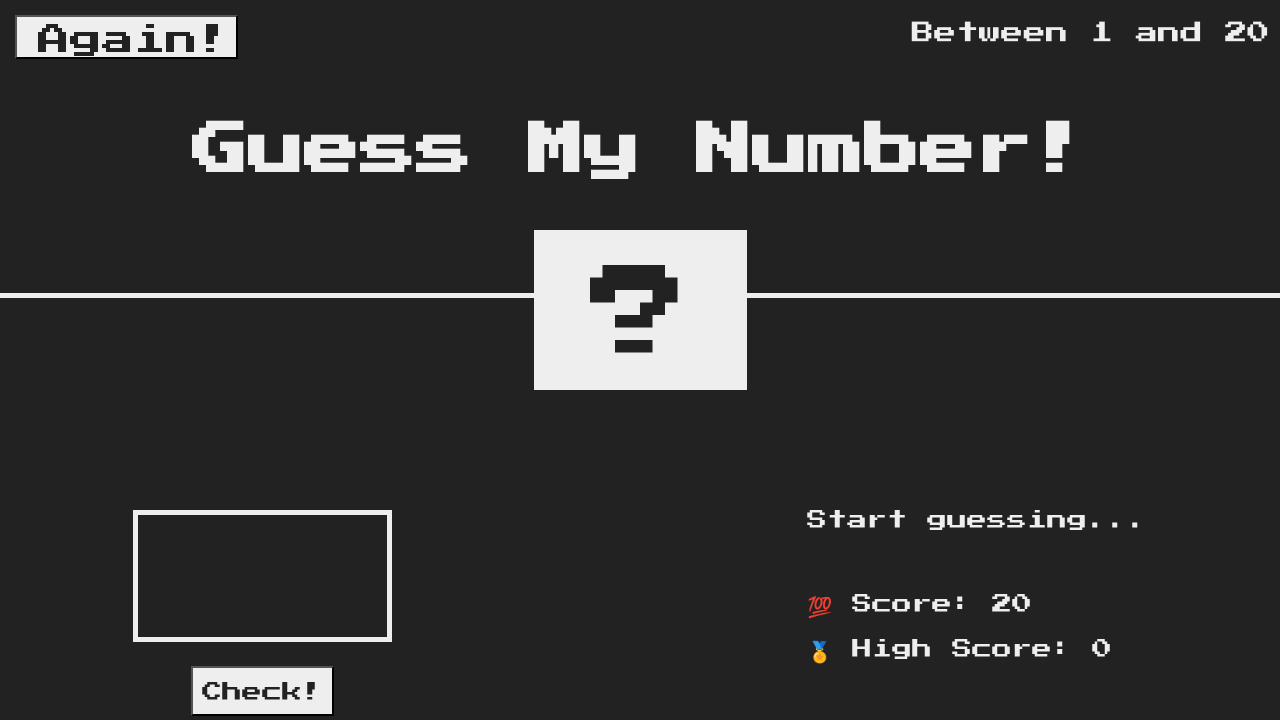
Repository: Aaryan-Poria/guess-the-number
Page: index.html
An editor plug-in stored every save of this project. The page is shown before and after the next save, followed by the edit.
The browser window is 1280 px wide. The pictures show the whole page.

Above is the page before, as saved 2023-08-18 22:15:45.

### index.html
<!DOCTYPE html>
<html lang="en">
  <head>
    <link rel="preconnect" href="https://fonts.googleapis.com" />
    <link rel="preconnect" href="https://fonts.gstatic.com" crossorigin />
    <link
      href="https://fonts.googleapis.com/css2?family=Press+Start+2P&display=swap"
      rel="stylesheet"
    />

    <meta charset="UTF-8" />
    <meta name="viewport" content="width=device-width, initial-scale=1.0" />
    <title>Guess My Number Game</title>
    <link rel="stylesheet" href="style.css" />
  </head>
  <body>
    <section class="page-top">
      <div class="header">
        <button class="btn again">Again!</button>
        <p class="between">Between 1 and 20</p>
      </div>
      <h3 class="guessText">Guess My Number!</h3>
    </section>
    <p class="number">?</p>
    <section class="page-bottom">
      <div class="interact">
        <label for="userInput">
          <input type="number" name="userInput" id="userInput" />
        </label>
        <button class="check">Check!</button>
      </div>
      <div class="text">
        <p class="startGuessing">Start guessing...</p>
        <p class="score">💯 Score: 20</p>
        <p class="highScore">🏅 High Score: 0</p>
      </div>
    </section>
    <script src="script.js"></script>
  </body>
</html>

### style.css
* {
  background-color: rgb(34, 34, 34);
  color: #eee;
  font-family: "Press Start 2P", cursive;
}

body {
  margin: 0;
  padding: 0;
  display: flex;
  flex-direction: column;
}
section.page-top {
  display: flex;
  flex-direction: column;
  justify-content: center;
  align-items: center;
  /* flex-grow: 1; */
  /* flex-shrink: 1; */
  flex-basis: 100%;
  border-bottom: 5px solid #eee;
  margin-bottom: -168px;
  padding-bottom: 58px;
}
div.header {
  display: flex;
  justify-content: space-between;
  align-items: flex-start;
  width: 100%;
}
.again {
  font-size: 2rem;
  padding-top: 7px;
  padding-left: 21px;
  background-color: #eee;
  color: rgb(34, 34, 34);
  display: flex;
  justify-content: center;
  align-items: center;
  margin-top: 15px;
  margin-left: 15px;
}
.between {
  display: flex;
  font-size: 1.4rem;
  padding-right: 10px;
  justify-content: center;
  align-items: center;
}
.guessText {
  font-size: 3.5rem;
}
p.number {
  color: rgb(34, 34, 34);
  background-color: #eee;
  display: flex;
  width: 213px;
  height: 150px;
  align-self: center;
  justify-content: center;
  align-items: center;
  font-size: 100px;
  padding-top: 10px;
}
section.page-bottom {
  display: flex;
  justify-content: space-around;
  align-items: flex-start;
  margin-top: 20px;
}
.interact {
  display: flex;
  flex-direction: column;
}
#userInput {
  border: 5px solid #eee;
  height: 120px;
  font-size: 3.5rem;
  width: 245px;
  text-indent: 60px;
}
.check {
  display: flex;
  font-size: 20px;
  background-color: #eee;
  color: rgb(34, 34, 34);
  width: 143px;
  height: 50px;
  margin-top: 24px;
  justify-content: center;
  align-self: center;
  padding-top: 14px;
}
.text {
  display: flex;
  flex-direction: column;
  font-size: 20px;
  margin-left: 150px;
}
.startGuessing {
  margin-top: 0px;
  padding-top: 0px;
}
.score {
  margin-top: 44px;
}
.highScore {
  margin-top: 0px;
}

### script.js
"use strict";

function generateRandomNumber() {
  return Math.trunc(Math.random() * 20) + 1;
}

const message = document.querySelector(".startGuessing").textContent;
let usersInput = document.querySelector("#userInput").value;

let score = 20;
let highscore = 0;

const hiddenNumber = generateRandomNumber();

usersInput = 23;
console.log(document.querySelector("#userInput").value);

After the next save:
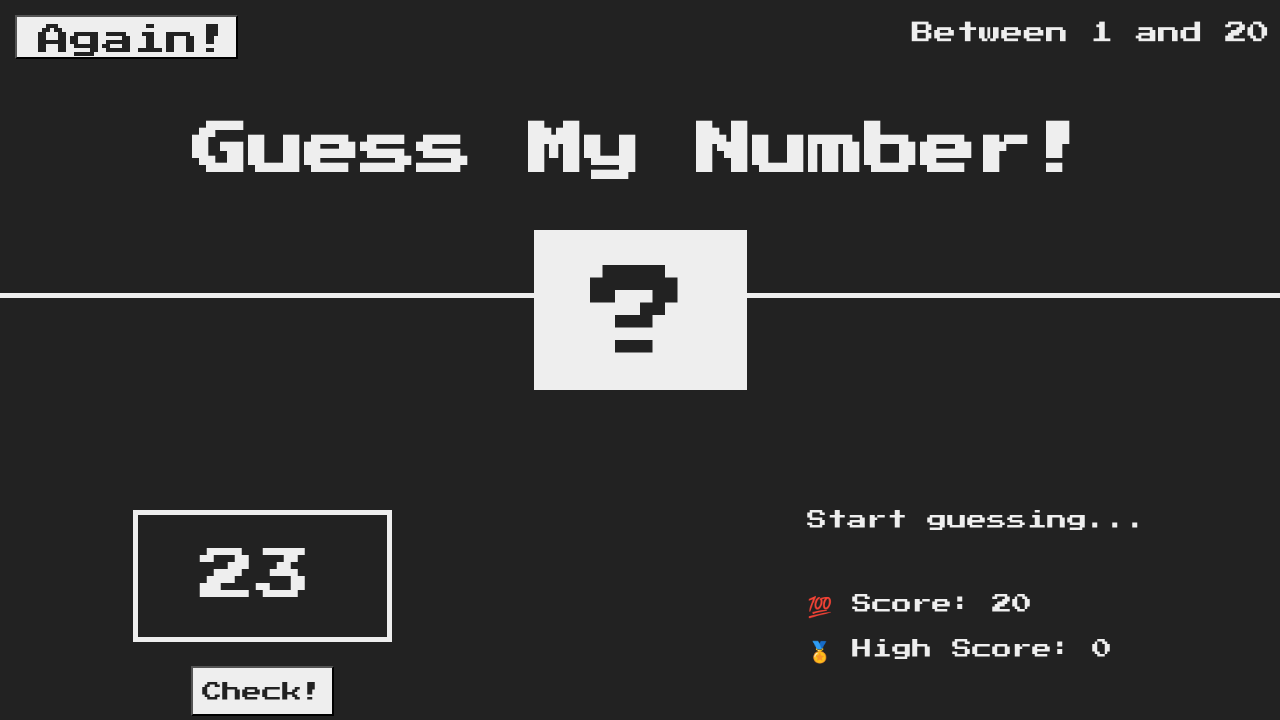
Saved 96 s later.
--- a/script.js
+++ b/script.js
@@ -5,12 +5,12 @@ function generateRandomNumber() {
 }
 
 const message = document.querySelector(".startGuessing").textContent;
-let usersInput = document.querySelector("#userInput").value;
+//let usersInput = document.querySelector("#userInput").value;
 
 let score = 20;
 let highscore = 0;
 
 const hiddenNumber = generateRandomNumber();
 
-usersInput = 23;
+document.querySelector("#userInput").value = 23;
 console.log(document.querySelector("#userInput").value);
